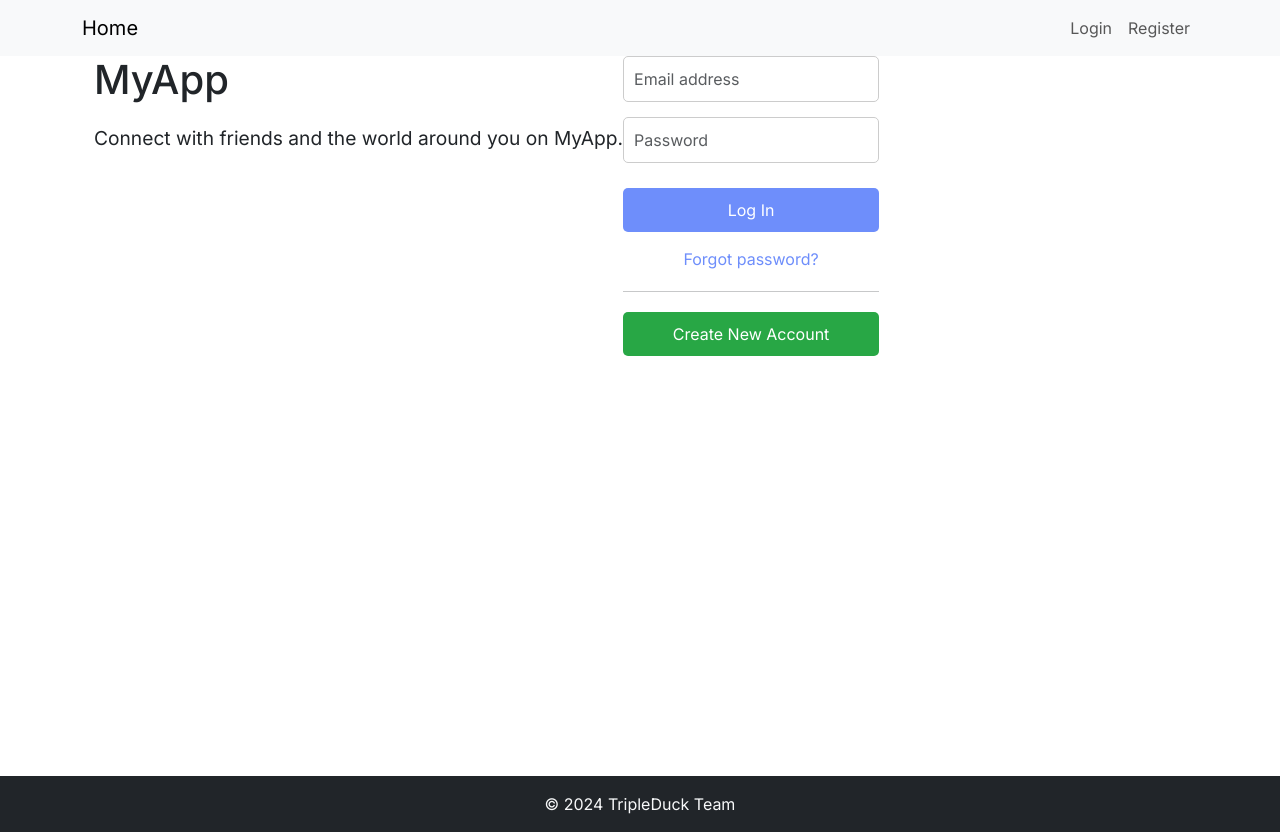
Repository: tdphong1293/KHDL01_DemoWebKafka
Page: /auth/login (app in Frontend_Client/)
An editor plug-in stored every save of this project. The page is shown before and after the next save, followed by the edit.
The browser window is 1280 px wide. The pictures show the whole page.
The project was rebuilt for these pictures with package versions that can differ from the ones it lists, and the page was loaded fresh each time. The framework's server and built-in components were replaced by stand-ins that run in the browser. Also part of the build but not shown: Frontend_Client/next.config.mjs.

Above is the page before, as saved 2024-07-21 20:38:04.

### Frontend_Client/src/app/layout.tsx
import type { Metadata } from "next";
import { Inter } from "next/font/google";
import 'bootstrap/dist/css/bootstrap.min.css';
// import "@/styles/globals.css";
import Header from "@/components/header";
import Footer from "@/components/footer";
import { Container } from "react-bootstrap";
import { ToastContainer } from 'react-toastify';
import 'react-toastify/dist/ReactToastify.css';

const inter = Inter({ subsets: ["latin"] });

export const metadata: Metadata = {
    title: "Create Next App",
    description: "Generated by create next app",
};

export default function RootLayout({
    children,
}: Readonly<{
    children: React.ReactNode;
}>) {
    return (
        <html lang="en">
            <body className={inter.className}>
                <Header />
                <Container>
                    {children}
                </Container>
                <Footer />
                <ToastContainer />
            </body>
        </html>
    );
}

### Frontend_Client/src/app/auth/login/page.tsx
// src/app/auth/login/page.tsx
'use client';

import { FC } from 'react';
import { Form, Button } from 'react-bootstrap';
import ClientLayout from '@/components/clientLayout';
import styles from '../../../styles/page.module.css';

const Login: FC = () => {
  const handleSubmit = (event: React.FormEvent<HTMLFormElement>) => {
    event.preventDefault();
    // Xử lý logic đăng nhập ở đây
  };

  return (
    <ClientLayout>
      <div className={styles.loginContainer}>
        <div className={styles.topPanel}>
          <h1 className={styles.brand}>MyApp</h1>
          <p className={styles.description}>Connect with friends and the world around you on MyApp.</p>
        </div>
        <div className={styles.bottomPanel}>
          <Form onSubmit={handleSubmit} className={styles.loginForm}>
            <Form.Group controlId="formBasicEmail" className={styles.formGroup}>
              <Form.Control type="email" placeholder="Email address" required className={styles.input} />
            </Form.Group>

            <Form.Group controlId="formBasicPassword" className={styles.formGroup}>
              <Form.Control type="password" placeholder="Password" required className={styles.input} />
            </Form.Group>

            <Button variant="primary" type="submit" className={styles.loginButton}>
              Log In
            </Button>

            <div className={styles.forgotPassword}>
              <a href="#">Forgot password?</a>
            </div>

            <hr className={styles.separator} />

            <Button variant="success" className={styles.createAccountButton}>
              Create New Account
            </Button>
          </Form>
        </div>
      </div>
    </ClientLayout>
  );
};

export default Login;

### Frontend_Client/src/components/header.tsx
'use client'

import Container from 'react-bootstrap/Container';
import Nav from 'react-bootstrap/Nav';
import Navbar from 'react-bootstrap/Navbar';
import Link from "next/link";

function Header() {
    return (
        <Navbar expand="lg" className="bg-body-tertiary">
            <Container>
                <Navbar.Brand>
                    <Link href={"/"} className="navbar-brand">Home</Link>
                </Navbar.Brand>
                <Navbar.Toggle aria-controls="basic-navbar-nav" />
                <Navbar.Collapse id="basic-navbar-nav">
                    <Nav className="me-auto">
                        {/* Các liên kết khác nếu có */}
                    </Nav>
                    <Nav className="ms-auto"> {/* Đặt các liên kết ở góc phải */}
                        <Nav.Item>
                            <Link href={"/auth/login"} className="nav-link">Login</Link>
                        </Nav.Item>
                        <Nav.Item>
                            <Link href={"/auth/register"} className="nav-link">Register</Link>
                        </Nav.Item>
                    </Nav>
                </Navbar.Collapse>
            </Container>
        </Navbar>
    );
}

export default Header;

### Frontend_Client/src/components/footer.tsx
'use client'
export default function Footer() {
    return (
        <footer className="bg-dark text-light py-3" style={{ display: 'flex', alignItems: 'center', justifyContent: 'center' }}>
            &copy; 2024 TripleDuck Team
        </footer>
    );
};

### Frontend_Client/src/components/clientLayout.tsx
// src/components/ClientLayout.tsx
'use client';

import { Container } from 'react-bootstrap';
import Header from './header';
import Footer from './footer';
import { ReactNode } from 'react';

export default function ClientLayout({ children }: { children: ReactNode }) {
  return (
    <>
      <Container>
        {children}
      </Container>
    </>
  );
}

### Frontend_Client/src/styles/page.module.css
.main {
  display: flex;
  flex-direction: column;
  justify-content: space-between;
  align-items: center;
  padding: 6rem;
  min-height: 100vh;
}

.description {
  display: inherit;
  justify-content: inherit;
  align-items: inherit;
  font-size: 0.85rem;
  max-width: var(--max-width);
  width: 100%;
  z-index: 2;
  font-family: var(--font-mono);
}

.description a {
  display: flex;
  justify-content: center;
  align-items: center;
  gap: 0.5rem;
}

.description p {
  position: relative;
  margin: 0;
  padding: 1rem;
  background-color: rgba(var(--callout-rgb), 0.5);
  border: 1px solid rgba(var(--callout-border-rgb), 0.3);
  border-radius: var(--border-radius);
}

.code {
  font-weight: 700;
  font-family: var(--font-mono);
}

.grid {
  display: grid;
  grid-template-columns: repeat(4, minmax(25%, auto));
  max-width: 100%;
  width: var(--max-width);
}

.card {
  padding: 1rem 1.2rem;
  border-radius: var(--border-radius);
  background: rgba(var(--card-rgb), 0);
  border: 1px solid rgba(var(--card-border-rgb), 0);
  transition: background 200ms, border 200ms;
}

.card span {
  display: inline-block;
  transition: transform 200ms;
}

.card h2 {
  font-weight: 600;
  margin-bottom: 0.7rem;
}

.card p {
  margin: 0;
  opacity: 0.6;
  font-size: 0.9rem;
  line-height: 1.5;
  max-width: 30ch;
  text-wrap: balance;
}

.center {
  display: flex;
  justify-content: center;
  align-items: center;
  position: relative;
  padding: 4rem 0;
}

.center::before {
  background: var(--secondary-glow);
  border-radius: 50%;
  width: 480px;
  height: 360px;
  margin-left: -400px;
}

.center::after {
  background: var(--primary-glow);
  width: 240px;
  height: 180px;
  z-index: -1;
}

.center::before,
.center::after {
  content: "";
  left: 50%;
  position: absolute;
  filter: blur(45px);
  transform: translateZ(0);
}

.logo {
  position: relative;
}
/* Enable hover only on non-touch devices */
@media (hover: hover) and (pointer: fine) {
  .card:hover {
    background: rgba(var(--card-rgb), 0.1);
    border: 1px solid rgba(var(--card-border-rgb), 0.15);
  }

  .card:hover span {
    transform: translateX(4px);
  }
}

@media (prefers-reduced-motion) {
  .card:hover span {
    transform: none;
  }
}

/* Mobile */
@media (max-width: 700px) {
  .content {
    padding: 4rem;
  }

  .grid {
    grid-template-columns: 1fr;
    margin-bottom: 120px;
    max-width: 320px;
    text-align: center;
  }

  .card {
    padding: 1rem 2.5rem;
  }

  .card h2 {
    margin-bottom: 0.5rem;
  }

  .center {
    padding: 8rem 0 6rem;
  }

  .center::before {
    transform: none;
    height: 300px;
  }

  .description {
    font-size: 0.8rem;
  }

  .description a {
    padding: 1rem;
  }

  .description p,
  .description div {
    display: flex;
    justify-content: center;
    position: fixed;
    width: 100%;
  }

  .description p {
    align-items: center;
    inset: 0 0 auto;
    padding: 2rem 1rem 1.4rem;
    border-radius: 0;
    border: none;
    border-bottom: 1px solid rgba(var(--callout-border-rgb), 0.25);
    background: linear-gradient(
      to bottom,
      rgba(var(--background-start-rgb), 1),
      rgba(var(--callout-rgb), 0.5)
    );
    background-clip: padding-box;
    backdrop-filter: blur(24px);
  }

  .description div {
    align-items: flex-end;
    pointer-events: none;
    inset: auto 0 0;
    padding: 2rem;
    height: 200px;
    background: linear-gradient(
      to bottom,
      transparent 0%,
      rgb(var(--background-end-rgb)) 40%
    );
    z-index: 1;
  }
}

/* Tablet and Smaller Desktop */
@media (min-width: 701px) and (max-width: 1120px) {
  .grid {
    grid-template-columns: repeat(2, 50%);
  }
}

@media (prefers-color-scheme: dark) {
  .vercelLogo {
    filter: invert(1);
  }

  .logo {
    filter: invert(1) drop-shadow(0 0 0.3rem #ffffff70);
  }
}

@keyframes rotate {
  from {
    transform: rotate(360deg);
  }
  to {
    transform: rotate(0deg);
  }
}

/*Login*/
.loginContainer {
  display: flex;
  height: 100vh;
}

.leftPanel, .rightPanel {
  flex: 1;
  display: flex;
  align-items: center;
  justify-content: center;
  padding: 20px;
}

.leftPanel {
  background: linear-gradient(135deg, #6e8efb, #a777e3);
  color: white;
  text-align: center;
}

.rightPanel {
  background: white;
  box-shadow: 0 8px 16px rgba(0, 0, 0, 0.2);
}

.brand {
  font-size: 2.5rem;
  margin-bottom: 20px;
  animation: fadeInDown 1s ease-in-out;
}

.description {
  font-size: 1.2rem;
  margin-bottom: 40px;
}

.loginForm {
  width: 100%;
  max-width: 400px;
  animation: fadeInUp 1s ease-in-out;
}

.formGroup {
  margin-bottom: 15px;
}

.input {
  padding: 10px;
  border-radius: 5px;
  border: 1px solid #ccc;
  transition: border-color 0.3s ease;
}

.input:focus {
  border-color: #6e8efb;
  outline: none;
}

.loginButton {
  width: 100%;
  padding: 10px;
  margin-top: 10px;
  background-color: #6e8efb;
  border: none;
  border-radius: 5px;
  transition: background-color 0.3s ease;
}

.loginButton:hover {
  background-color: #a777e3;
}

.forgotPassword {
  text-align: center;
  margin-top: 15px;
}

.forgotPassword a {
  color: #6e8efb;
  text-decoration: none;
  transition: color 0.3s ease;
}

.forgotPassword a:hover {
  color: #a777e3;
}

.separator {
  margin: 20px 0;
}

.createAccountButton {
  width: 100%;
  padding: 10px;
  background-color: #28a745;
  border: none;
  border-radius: 5px;
  transition: background-color 0.3s ease;
}

.createAccountButton:hover {
  background-color: #218838;
}

@keyframes fadeInDown {
  0% {
    opacity: 0;
    transform: translateY(-20px);
  }
  100% {
    opacity: 1;
    transform: translateY(0);
  }
}

@keyframes fadeInUp {
  0% {
    opacity: 0;
    transform: translateY(20px);
  }
  100% {
    opacity: 1;
    transform: translateY(0);
  }
}

After the next save:
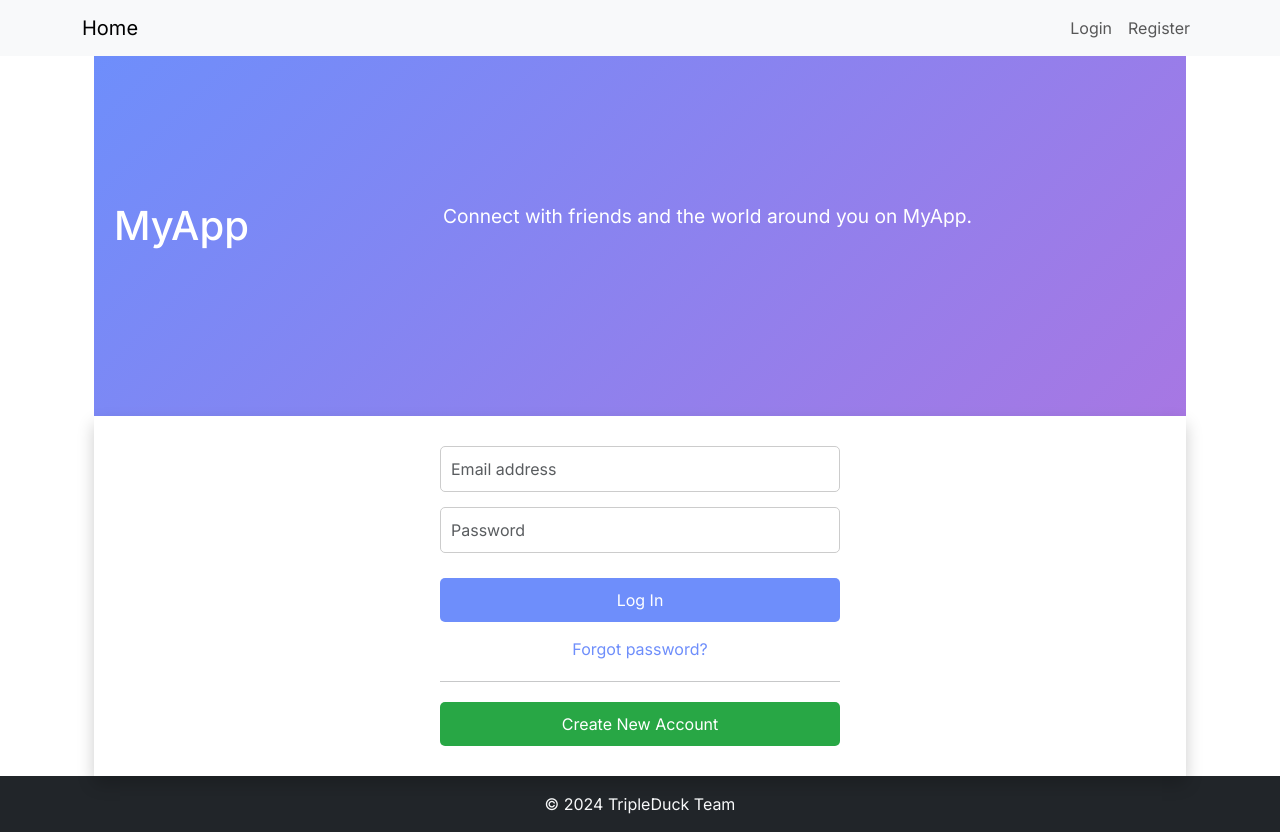
Saved 18 s later.
--- a/Frontend_Client/src/styles/page.module.css
+++ b/Frontend_Client/src/styles/page.module.css
@@ -230,12 +230,14 @@
 }
 
 /*Login*/
+/* src/styles/login.module.css */
 .loginContainer {
   display: flex;
+  flex-direction: column;
   height: 100vh;
 }
 
-.leftPanel, .rightPanel {
+.topPanel, .bottomPanel {
   flex: 1;
   display: flex;
   align-items: center;
@@ -243,13 +245,13 @@
   padding: 20px;
 }
 
-.leftPanel {
+.topPanel {
   background: linear-gradient(135deg, #6e8efb, #a777e3);
   color: white;
   text-align: center;
 }
 
-.rightPanel {
+.bottomPanel {
   background: white;
   box-shadow: 0 8px 16px rgba(0, 0, 0, 0.2);
 }
